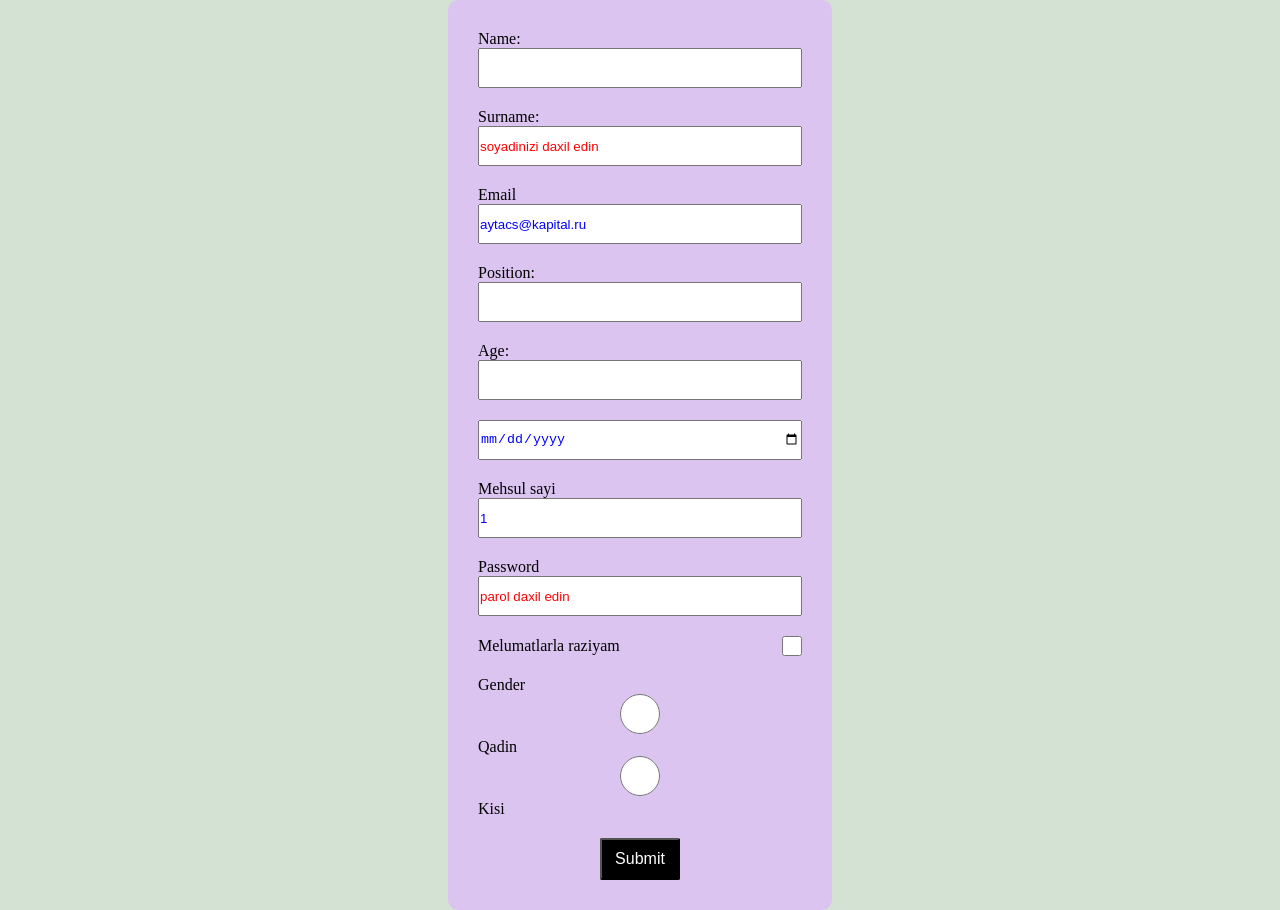
Repository: AytacSafarova/Form-lesson
Page: index.html
These files come from the project's save history. The page is drawn as it stood at one moment and after a run of saves; the edit follows.
The browser window is 1280 px wide. The pictures show the whole page.

Above is the page before, as saved 2023-08-29 14:55:01.

After the next 2 saves:
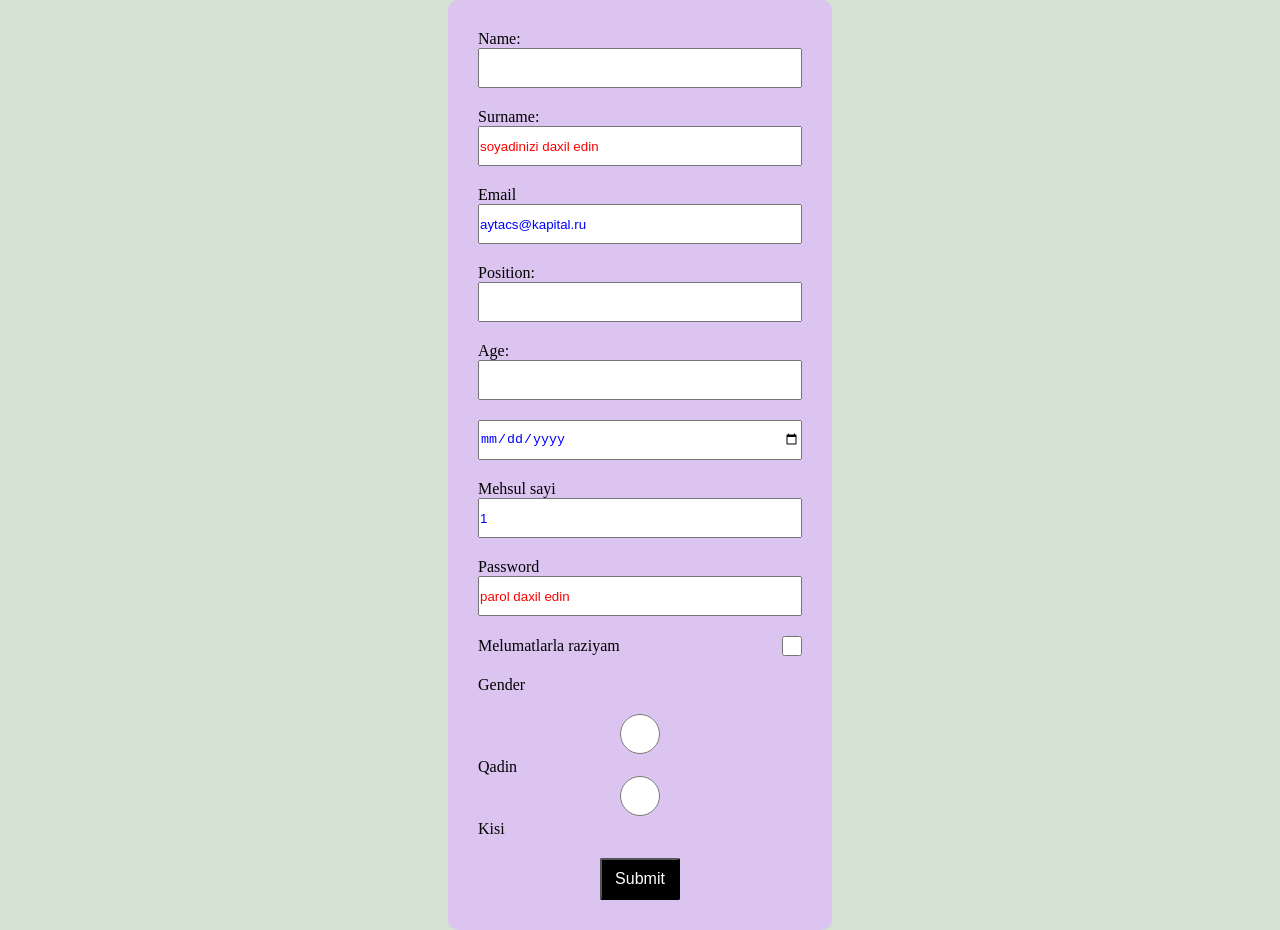
The 2 saves are shown as one change because they came seconds apart.
The last was saved 9 s later.
--- a/index.html
+++ b/index.html
@@ -53,7 +53,8 @@
             Melumatlarla raziyam
             <input type="checkbox">
         </label>
-        <label for="">Gender
+        Gender
+        <label for="">
 
             <input name="gender" type="radio">Qadin
             <input name="gender" type="radio">Kisi
